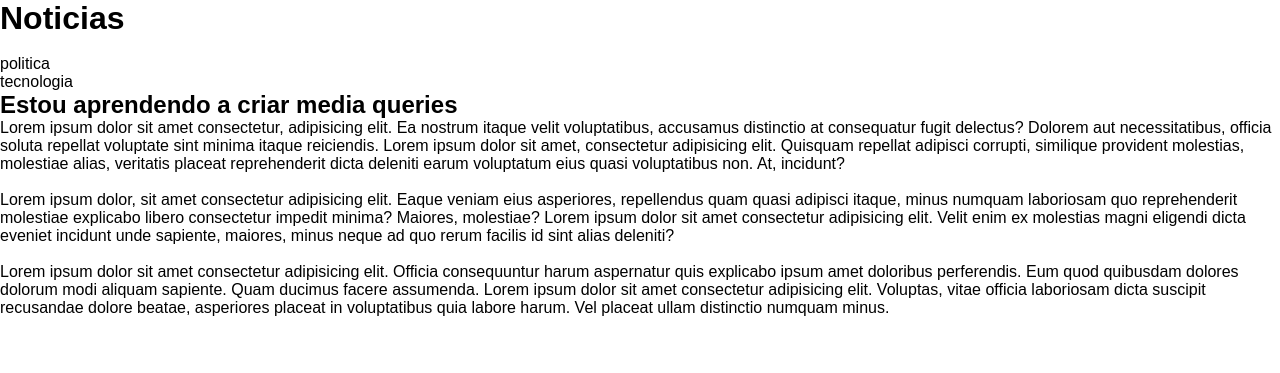
Repository: Lucianorodriguesdev/cursoHTML-CSS
Page: ex026/mq001/index.html
These files come from the project's save history. The page is drawn as it stood at one moment and after the next save; the edit follows.
The browser window is 1280 px wide. The pictures show the whole page.

Above is the page before, as saved 2026-07-13 17:09:57.

### ex026/mq001/index.html
<!DOCTYPE html>
<html lang="en">
<head>
    <meta charset="UTF-8">
    <meta name="viewport" content="width=device-width, initial-scale=1.0">
    <link rel="stylesheet" href="estilo/tela.css" media="screen"> <!--Se quisesse aplicar para todos ao inves de screen seria "all"-->
    <link rel="stylesheet" href="estilo/impressao.css" media="print">
    <title>Media Queries</title>
</head>
<body>
    <header>
        <h1>Noticias</h1>
        <menu>
            <ul>
                <li></li>
                <li>politica</li>
                <li>tecnologia</li>
            </ul>
        </menu>

    </header>
    <main>
        <article>
            <h2>Estou aprendendo a criar media queries</h2>
            <p>Lorem ipsum dolor sit amet consectetur, adipisicing elit. Ea nostrum itaque velit voluptatibus, accusamus distinctio at consequatur fugit delectus? Dolorem aut necessitatibus, officia soluta repellat voluptate sint minima itaque reiciendis. Lorem ipsum dolor sit amet, consectetur adipisicing elit. Quisquam repellat adipisci corrupti, similique provident molestias, molestiae alias, veritatis placeat reprehenderit dicta deleniti earum voluptatum eius quasi voluptatibus non. At, incidunt?</p>
            <br>
            <p>Lorem ipsum dolor, sit amet consectetur adipisicing elit. Eaque veniam eius asperiores, repellendus quam quasi adipisci itaque, minus numquam laboriosam quo reprehenderit molestiae explicabo libero consectetur impedit minima? Maiores, molestiae?
                Lorem ipsum dolor sit amet consectetur adipisicing elit. Velit enim ex molestias magni eligendi dicta eveniet incidunt unde sapiente, maiores, minus neque ad quo rerum facilis id sint alias deleniti?
            </p>
            <br>
            <p>
                Lorem ipsum dolor sit amet consectetur adipisicing elit. Officia consequuntur harum aspernatur quis explicabo ipsum amet doloribus perferendis. Eum quod quibusdam dolores dolorum modi aliquam sapiente. Quam ducimus facere assumenda. Lorem ipsum dolor sit amet consectetur adipisicing elit. Voluptas, vitae officia laboriosam dicta suscipit recusandae dolore beatae, asperiores placeat in voluptatibus quia labore harum. Vel placeat ullam distinctio numquam minus.

            </p>
        </article>
    </main>
</body>
</html>

### ex026/mq001/estilo/tela.css
@charset "UTF-8";

/* Estilo para telas */
*{
    margin: 0px;
    padding: 0px;
}
html{
    font-family: Arial, Helvetica, sans-serif;
    font-size: 1em;
}

### ex026/mq001/estilo/impressao.css
@charset "UTF-8";

/* Estilo para impressao */
*{
    margin: 10px;
    padding: 10px;
}
html{
    font-family: 'Courier New', Courier, monospace;
    font-size: 1.5em;
    line-height: 1.5em;
}
menu{
    display: none;
}

After the next save:
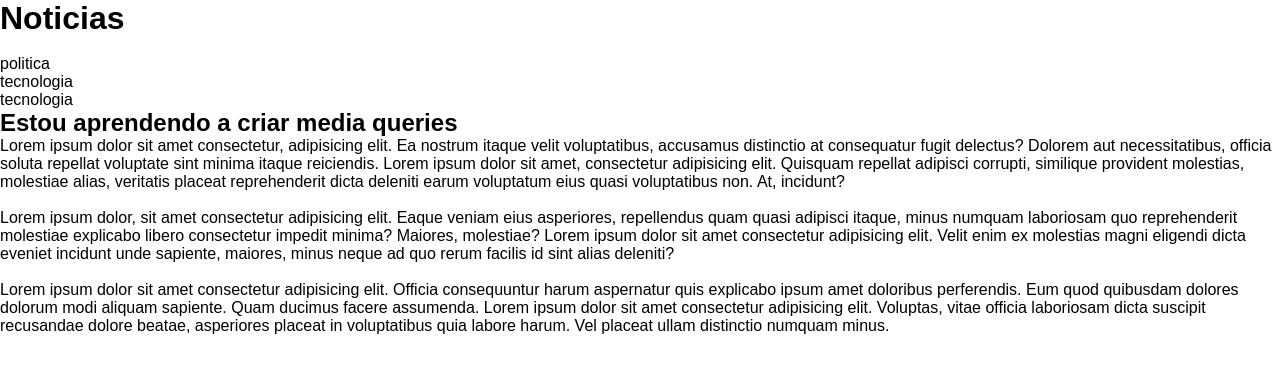
Saved 39 s later.
--- a/ex026/mq001/index.html
+++ b/ex026/mq001/index.html
@@ -14,6 +14,7 @@
             <ul>
                 <li></li>
                 <li>politica</li>
+                <li>tecnologia</li>
                 <li>tecnologia</li>
             </ul>
         </menu>
